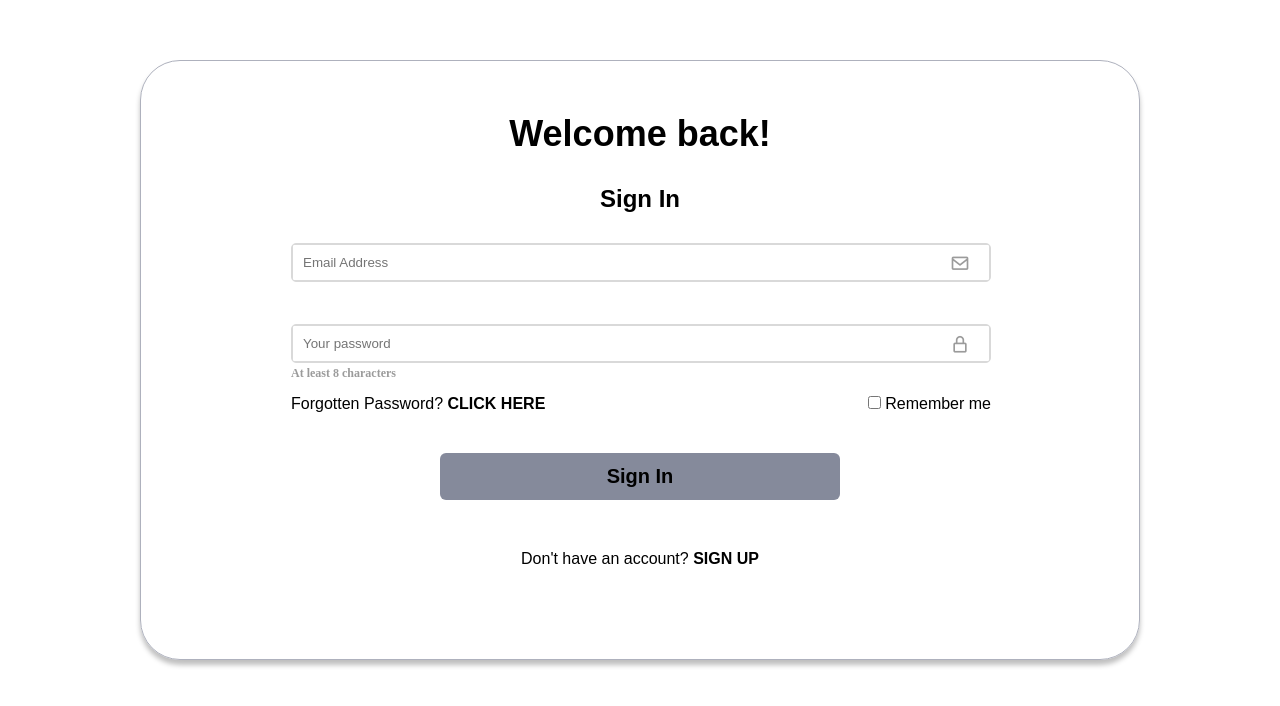
Repository: Rellzcodez/Group1-Team8
Page: pages/signin.html
These files come from the project's save history. The page is drawn as it stood at one moment and after the next save; the edit follows.
The browser window is 1280 px wide. The pictures show the whole page.
The pointer rests on the first visible `.btn-submit`.

Above is the page before, as saved 2022-09-11 20:15:59.

After the next save:
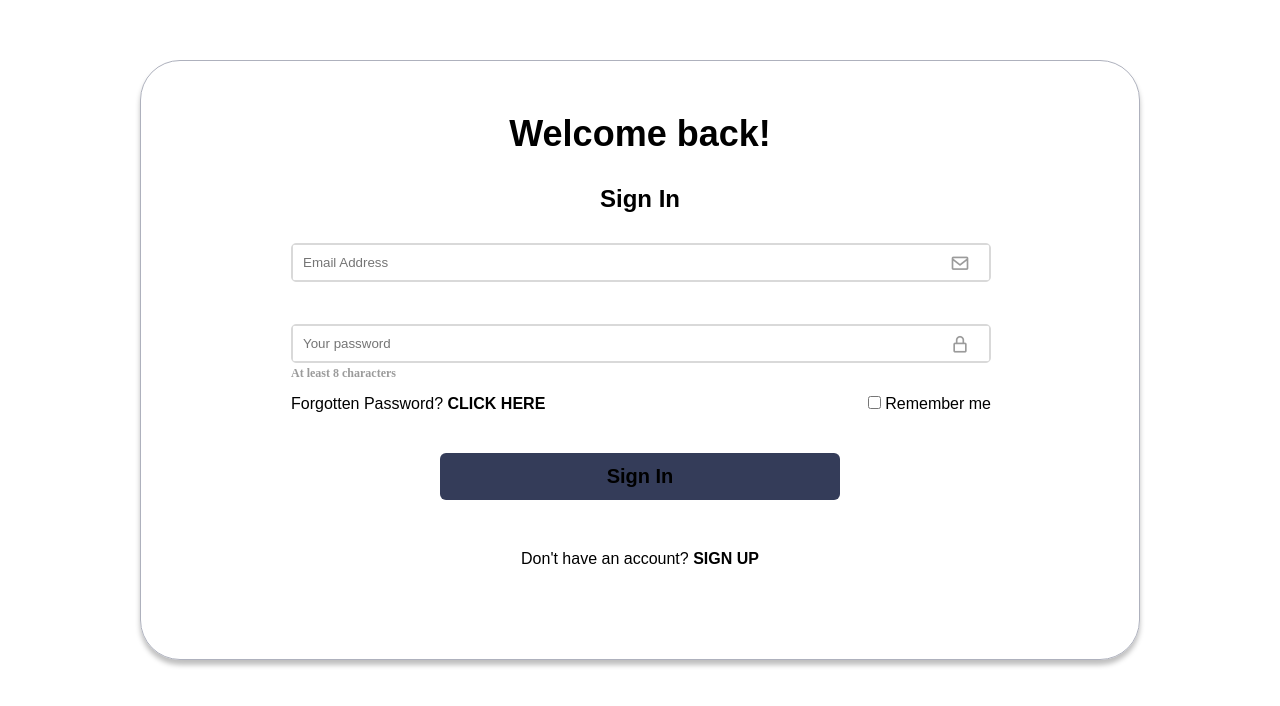
Saved 3 min 28 s later.
--- a/css/signin.css
+++ b/css/signin.css
@@ -225,7 +225,7 @@ span a:hover{
     }
     .btn-submit:hover{
         color: #fff;
-        background: #858A9B;
+        background: #343C59;
     }
 
 .signup{
